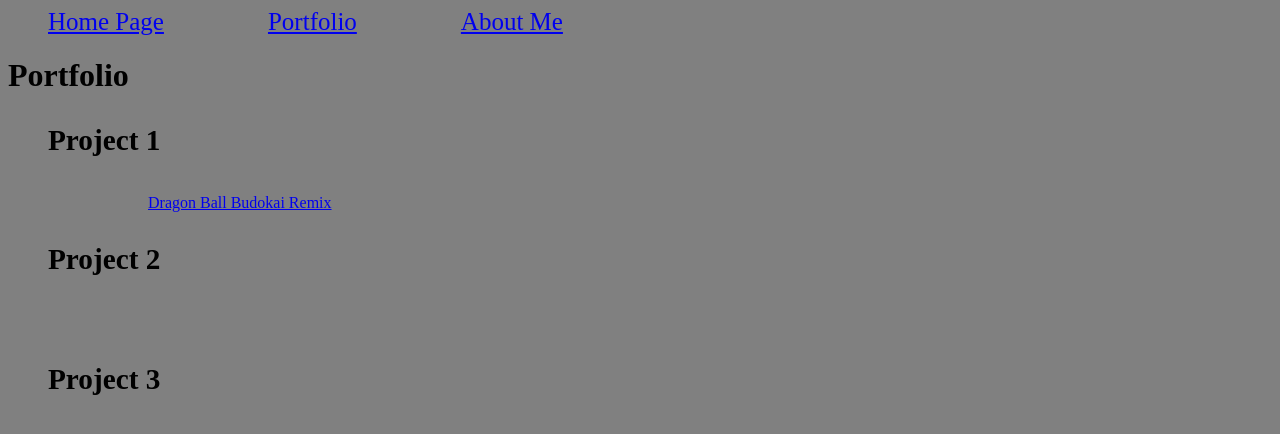
Repository: KevinAbr/KevinAbr.github.io
Page: portfolio.html
The author's editor kept a record of every edit. The page is drawn from the files as they stood at one moment, then again after the next edit.
The browser window is 1280 px wide. The pictures show the whole page.

Above is the page before.

### portfolio.html
<html>
    <head>
       <title>Portfolio</title>
            <style>
            body {background-color: black;}
        li {display: inline; padding-right: 100px;}
        li {color:black; font-size: 25px;}
            body {
                color:black;
        }

            body {
            background:grey;

        }
        </style>
    </head>

    <body>
        <ul>
          <li><a href="index.html">Home Page</a></li>
          <li><a href="portfolio.html">Portfolio</a></li>
          <li><a href="about.html">About Me</a></li>
        </ul>
    <h1>Portfolio</h1>
    <ul>
    <body>
        <li><h3>Project 1</h3></li>
        <a href="https://scratch.mit.edu/projects/328533615"> Dragon Ball Budokai Remix</a>
       <li><h3>Project 2</h3></li>

       <li><h3>Project 3</h3></li>

    </ul>
    </body>

</html>

After the next edit:
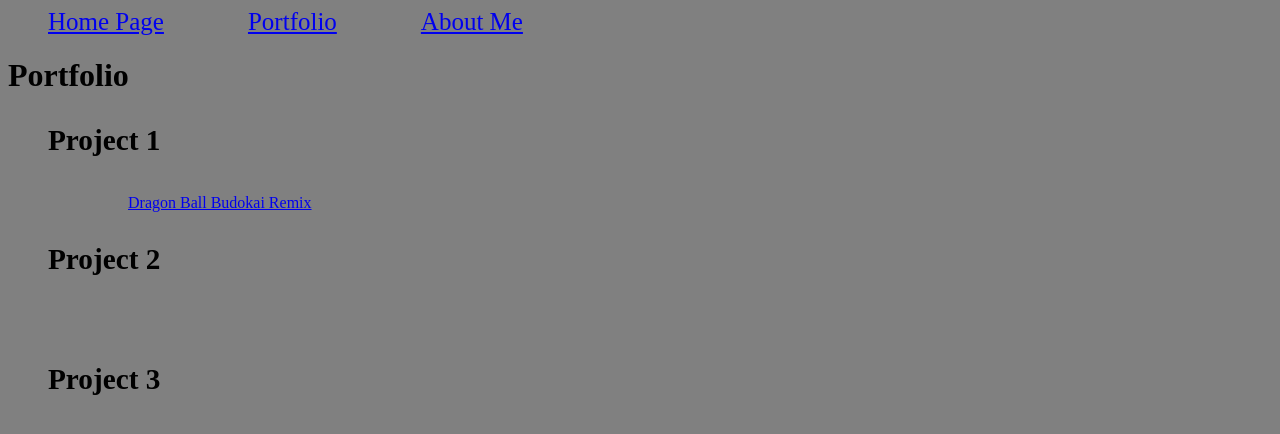
The edit:
--- a/portfolio.html
+++ b/portfolio.html
@@ -3,7 +3,7 @@
        <title>Portfolio</title>
             <style>
             body {background-color: black;}
-        li {display: inline; padding-right: 100px;}
+        li {display: inline; padding-right: 80px;}
         li {color:black; font-size: 25px;}
             body {
                 color:black;

After the edit that followed:
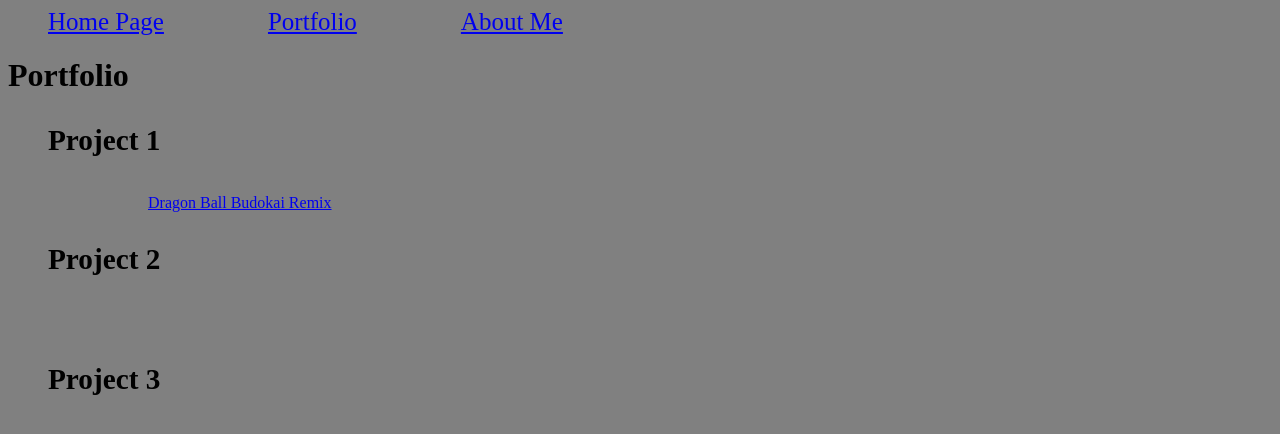
The edit:
--- a/portfolio.html
+++ b/portfolio.html
@@ -3,7 +3,7 @@
        <title>Portfolio</title>
             <style>
             body {background-color: black;}
-        li {display: inline; padding-right: 80px;}
+        li {display: inline; padding-right: 100px;}
         li {color:black; font-size: 25px;}
             body {
                 color:black;
